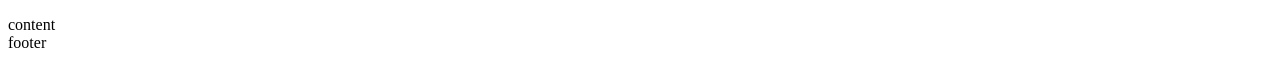
Repository: pedro-donoso/curso-tailwind
Page: index.html
These files come from the project's save history. The page is drawn as it stood at one moment and after a run of saves; the edit follows.
The browser window is 1280 px wide. The pictures show the part of the page from y = 1644 to 2373 px (the page is 1704 px tall before and 2373 px after).
A picture or video elsewhere on the page could not be fetched, so the positions and the page height are approximate.

Above is the page before, as saved 2024-01-23 13:00:10.

After the next 3 saves:
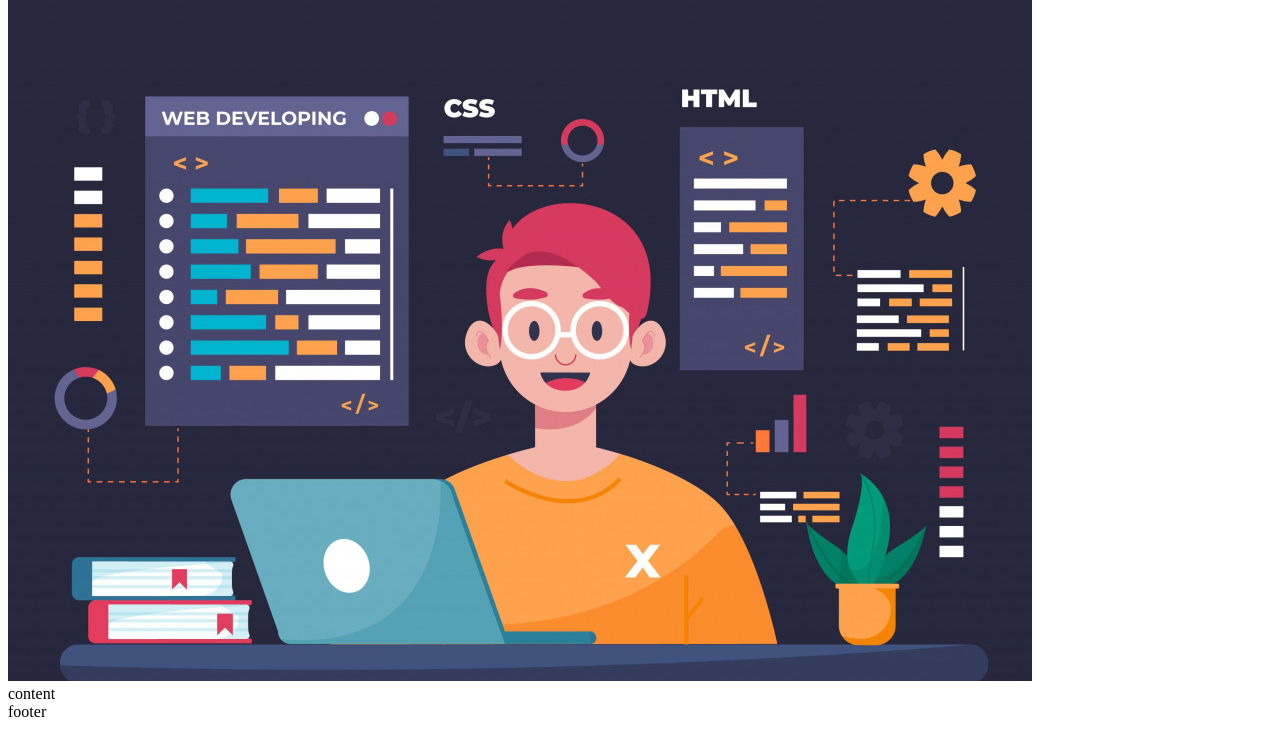
The 3 saves are shown as one change because they came seconds apart.
The last was saved 12 s later.
--- a/index.html
+++ b/index.html
@@ -91,7 +91,7 @@
 
     <main class="p-4">
         <article>
-            <div><img src="./" alt=""></div>
+            <div><img src="./public/img/imagen1.jpg" alt=""></div>
             <div>content</div>
             <div>footer</div>
         </article>
